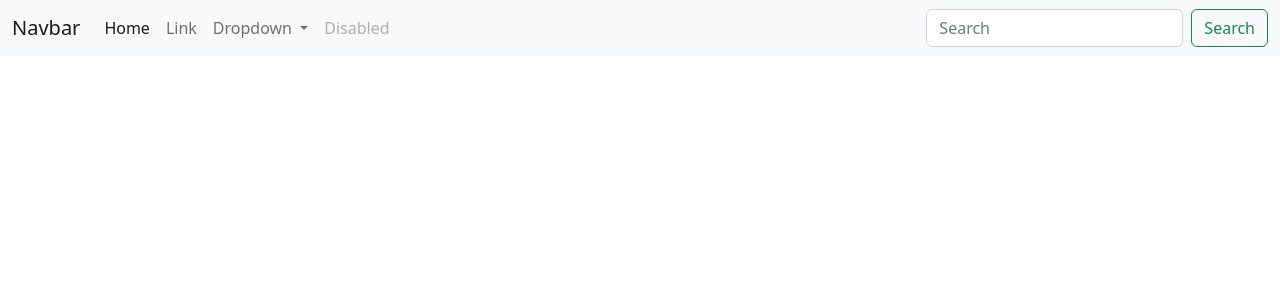
Repository: annferracane/phase-0-personal-website
Page: index.html
The author's editor kept a copy of each file at every save. The page is drawn from the files as they stood at one save, then again after the next save.
The browser window is 1280 px wide. The pictures show the whole page.

Above is the page before, as saved 2022-11-13 15:39:53.

After the next save:
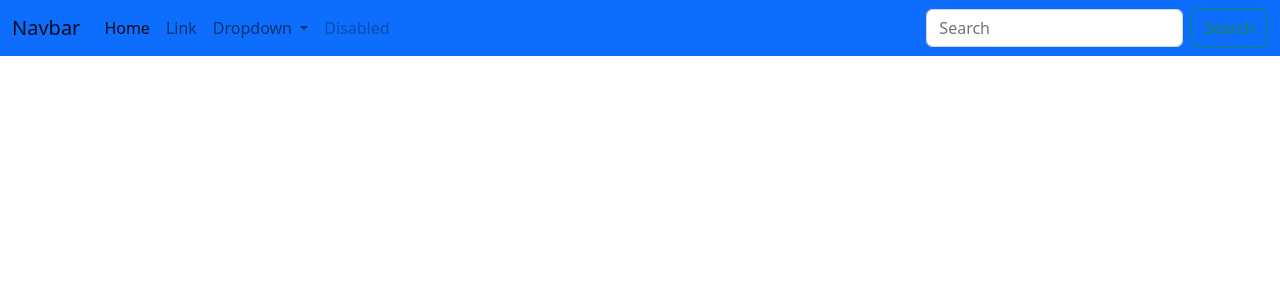
Saved 45 s later.
--- a/index.html
+++ b/index.html
@@ -9,7 +9,7 @@
         <title>Ann Experiment</title>
     </head>
     <body>
-        <nav class="navbar navbar-expand-lg bg-light">
+        <nav class="navbar navbar-expand-lg bg-primary">
             <div class="container-fluid">
               <a class="navbar-brand" href="#">Navbar</a>
               <button class="navbar-toggler" type="button" data-bs-toggle="collapse" data-bs-target="#navbarSupportedContent" aria-controls="navbarSupportedContent" aria-expanded="false" aria-label="Toggle navigation">
